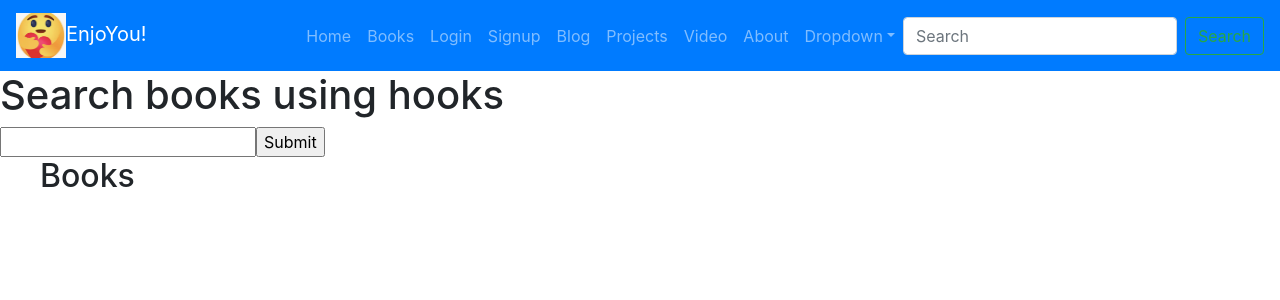
Repository: ebo-arcadia/enjoyou
Page: /books
An editor plug-in stored every save of this project. The page is shown before and after the next save, followed by the edit.
The browser window is 1280 px wide. The pictures show the whole page.
The project was rebuilt for these pictures with package versions that can differ from the ones it lists, and the page was loaded fresh each time. Also part of the build but not shown: src/App.css, src/components/Header.js, src/components/Home.js, src/containers/Login.js, src/containers/signup.js, src/containers/blog.js, src/containers/Projects.js, src/containers/video.js and 1 more.

Above is the page before, as saved 2021-04-21 23:23:35.

After the next save:
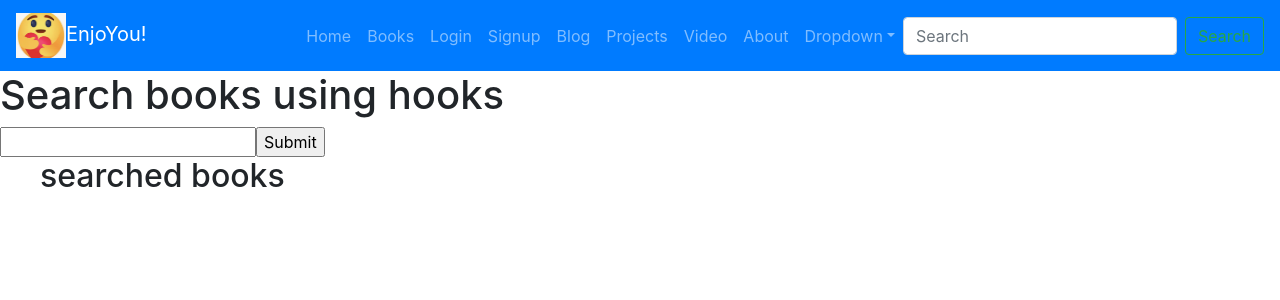
Saved 7 s later.
--- a/src/components/BooksList.js
+++ b/src/components/BooksList.js
@@ -4,7 +4,7 @@ import React from 'react';
 const BooksList = (props) => {
     return (
             <ul className="book-list">
-                <h2>Books</h2>
+                <h2>searched books</h2>
                 {props.result.slice(0,3).map((gif) => {
                     return (
                         <li key={gif.id}>
